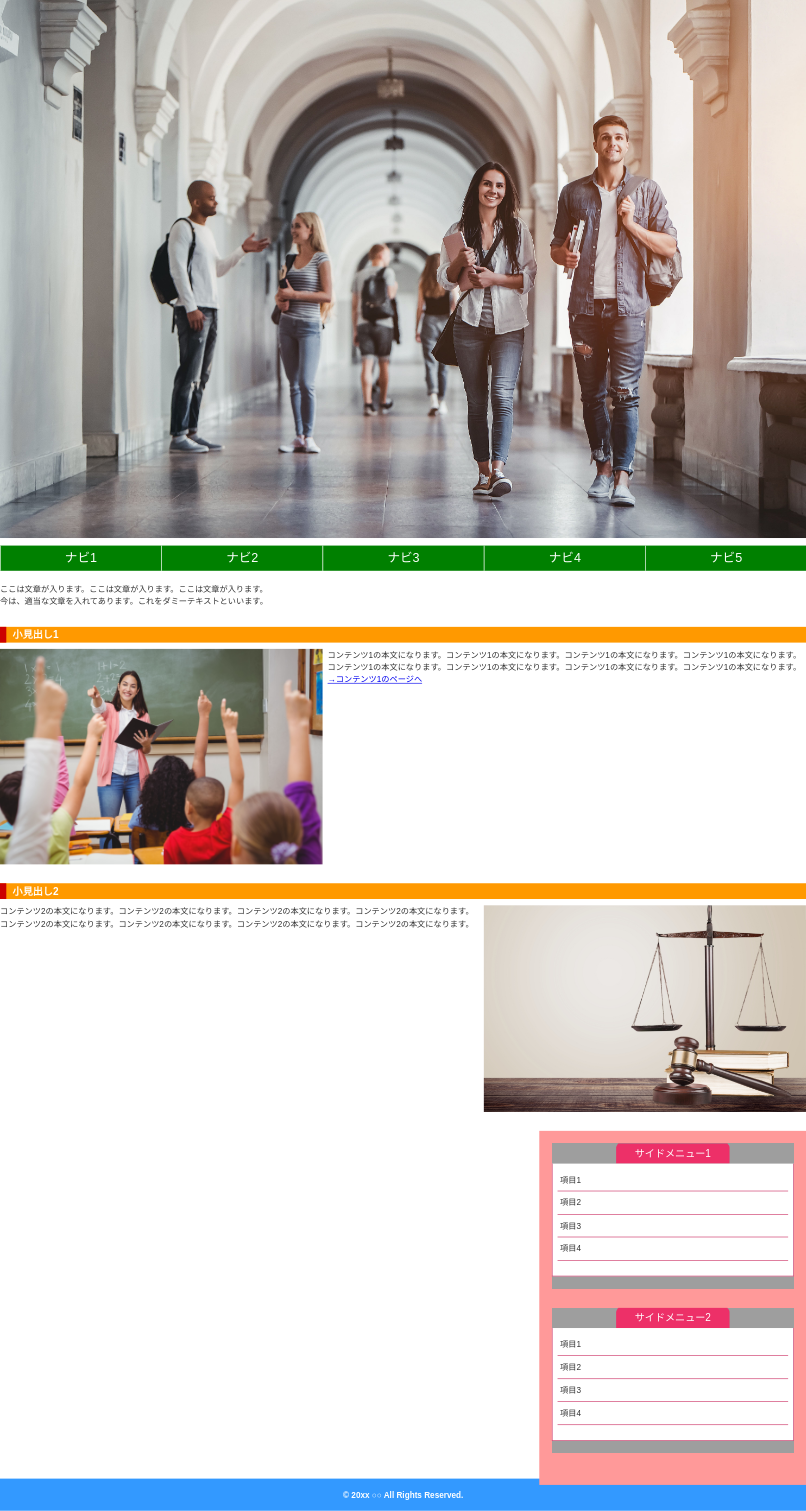
Repository: mememein/samurai_HTML-CSS
Page: index.html
The author's editor kept a record of every edit. The page is drawn from the files as they stood at one moment, then again after the next edit.
The browser window is 1280 px wide. The pictures show the whole page, at 63% of full size.
Pictures or frames that could not be fetched are drawn as grey boxes.

Above is the page before.

### index.html
<!DOCTYPE html>
<html lang="ja">
    <head>
        <meta charset="UTF-8">
        <title>HTML/CSSの学習</title>
        <link rel="stylesheet" href="stylesheet.css">
    </head>
    <body>
        <div id="header">
            <h1><a href="index.html"><img id="corridor" src="images/corridor.jpg" alt="大学の廊下" /></a></h1>
        </div>
        <div id="wrapper">
            <div id="nav">
                <ul>
                    <li><a href="home.html">ナビ1</a></li>
                    <li><a href="#">ナビ2</a></li>
                    <li><a href="#">ナビ3</a></li>
                    <li><a href="#">ナビ4</a></li>
                    <li><a href="#">ナビ5</a></li>
                </ul>
            </div>
            <div id="container">
                <div id="main">
                    <div class="post">
                        <p>ここは文章が入ります。ここは文章が入ります。ここは文章が入ります。<br />今は、適当な文章を入れてあります。これをダミーテキストといいます。</p>
                    </div>
                    <div class="post clearfix">
                        <h2>小見出し1</h2>
                        <img class="left" src="images/classroom.jpg" alt="授業風景" />
                        <p>
                            コンテンツ1の本文になります。コンテンツ1の本文になります。コンテンツ1の本文になります。コンテンツ1の本文になります。
                            コンテンツ1の本文になります。コンテンツ1の本文になります。コンテンツ1の本文になります。コンテンツ1の本文になります。
                        </p>
                        <p><a href="#">→コンテンツ1のページへ</a></p>
                    </div>
                    <div class="post clearfix">
                        <h2>小見出し2</h2>
                        <img class="right" src="images/scale.jpg" alt="天秤" />
                        <p>
                            コンテンツ2の本文になります。コンテンツ2の本文になります。コンテンツ2の本文になります。コンテンツ2の本文になります。
                            コンテンツ2の本文になります。コンテンツ2の本文になります。コンテンツ2の本文になります。コンテンツ2の本文になります。
                        </p>
                    </div>
                </div>
                <div id="side">
                    <div class="box">
                        <h2>サイドメニュー1</h2>
                        <div class="boxBody">
                            <ul>
                                <li>項目1</li>
                                <li>項目2</li>
                                <li>項目3</li>
                                <li>項目4</li>
                            </ul>
                        </div>
                    </div>
                    <div class="box">
                        <h2>サイドメニュー2</h2>
                        <div class="boxBody">
                            <ul>
                                <li>項目1</li>
                                <li>項目2</li>
                                <li>項目3</li>
                                <li>項目4</li>
                            </ul>
                        </div>
                    </div>
                </div>
            </div>
        </div>
        <div id="footer">
            <p>&copy; 20xx ○○ All Rights Reserved.</p>
        </div>
    </body>
</html>

### stylesheet.css
@charset "utf-8";

body {
	margin: 0;
	padding: 0;
	font-family: "ヒラギノ角ゴ Pro W3", "Hiragino Kaku Gothic Pro", "メイリオ", Meiryo, Osaka, "ＭＳ Ｐゴシック", "MS PGothic", sans-serif;
	color: #333;
	font-size: 13px;
	line-height: 150%;
}

/* -------------------- wrapper -------------------- */
#wrapper {
    width: 100%;
    margin: auto;
    padding: 0px;
    border: 0px;
    background-color: #FFF;
    top: 10px;
    position: relative;
}

/* -------------------- header -------------------- */
#header {
	width: 100%;
}
#header h1 {
	margin: 0;
	padding: 0;
}

#corridor {
	width: 100%;
	height: auto;
}

/* -------------------- footer -------------------- */
#footer {
	clear: both;
	width: 100%;
	padding: 3px 0 3px 0;
	background: #39F;
	color: #FFF;
	font-weight: bold;
	text-align: center;
}

/* -------------------- nav -------------------- */
#nav {
	width: 100%;
}
#nav ul {
	display: flex;
	margin: 0;
	padding: 0;
	list-style-type: none;
}
#nav ul li {
	width: 20%;
	text-align: center;
}
#nav ul li a {
	display: block;
	height: 20px;
	margin: 0;
	padding: 10px;
	color: #FFF;
	font-size: 20px;
	text-decoration: none;
	background-color: green;
    border-left: 1px solid white;
}

#nav ul li a:hover {
	filter: drop-shadow(10px 10px 10px black);
}

/* -------------------- container -------------------- */
#container {
	width: 100%;
	margin: auto ;
	padding-top: 20px;
	clear: both;
}
     display: grid;
     grid-template-columns: 70vw 30vw;

/* -------------------- main -------------------- */
#main {
	width: 95%;
	padding: 10px 30px 10px 10px;
}
#main h2 {
	margin: 0 0 10px 0;
	padding: 3px 10px 3px 10px;
	color: #FFF;
	font-size: 16px;
	border-left: solid 10px #C00;
	background-color: #F90;
}
#main p {
	margin: 0;
	padding: 0;
}
#main .post {
	margin: 0 0 30px 0;
}

#main .post img.right {
	margin: 0 0 0 8px;
}
#main .post img.left {
	margin: 0 8px 0 0;
}

.right {
	float: right;
	width: 40%;
	height: auto;
}
.left {
	float: left;
	width: 40%;
	height: auto;
}

/* -------------------- clearfix -------------------- */
.clearfix {
    zoom: 1;
}
.clearfix:after{
	content: "";
	display: block;
	clear: both;
}

/* -------------------- side -------------------- */
#side {
	float: right;
	width: 30%;
	padding: 20px;
	background-color: #F99;
}
#side .box {
	margin: 0 auto 30px auto;
	padding: 0 0 20px 0;
	background: url(images/side_box.png) bottom no-repeat;
}
#side .box h2 {
	margin: 0;
	padding: 8px;
	text-align: center;
	color: #fff;
	font-size: 16px;
	line-height: 16px;
	font-weight: normal;
	background: url(images/side_box_h2.png) center no-repeat;
}
#side .box .boxBody {
	padding: 8px;
	border-right: solid 1px #C36;
	border-bottom: solid 1px #C36;
	border-left: solid 1px #C36;
	background: #fff;
}
#side .box .boxBody ul {
	margin: 0 0 16px 0;
	padding: 0;
}
#side .box .boxBody ul li {
	padding: 8px 0 8px 4px;
	list-style: none;
	border-bottom: solid 1px #C36;
}

#side .box .boxBody ul li:hover {
	padding: 8px 0 8px 4px;
	list-style: none;
	border-bottom: solid 1px #C36;
	box-shadow: 0px 4px 4px rgba(0, 0, 0, 0.3);
}

After the next edit:
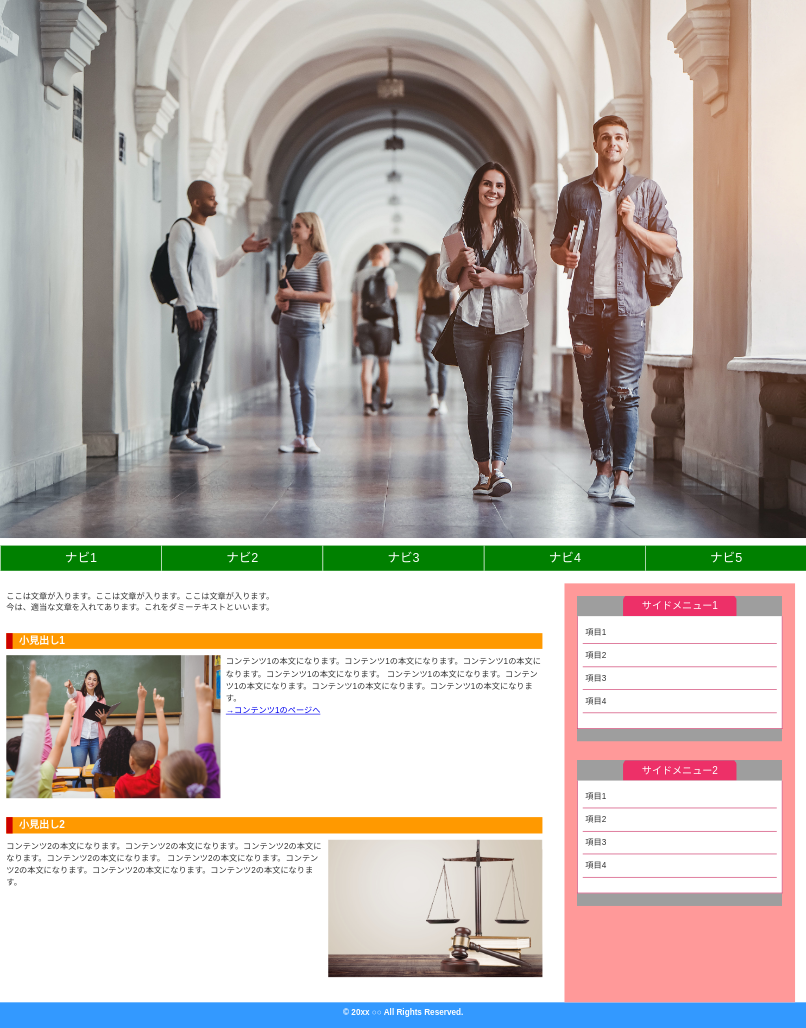
The edit:
--- a/stylesheet.css
+++ b/stylesheet.css
@@ -11,13 +11,13 @@
 
 /* -------------------- wrapper -------------------- */
 #wrapper {
-    width: 100%;
-    margin: auto;
-    padding: 0px;
-    border: 0px;
-    background-color: #FFF;
-    top: 10px;
-    position: relative;
+	width: 100%;
+	margin: auto;
+	padding: 0px;
+	border: 0px;
+	background-color: #FFF;
+	top: 10px;
+	position: relative;
 }
 
 /* -------------------- header -------------------- */
@@ -81,10 +81,9 @@
 	margin: auto ;
 	padding-top: 20px;
 	clear: both;
+	display: grid;
+	grid-template-columns: 70vw 30vw;
 }
-     display: grid;
-     grid-template-columns: 70vw 30vw;
-
 /* -------------------- main -------------------- */
 #main {
 	width: 95%;
@@ -126,7 +125,7 @@
 
 /* -------------------- clearfix -------------------- */
 .clearfix {
-    zoom: 1;
+	zoom: 1;
 }
 .clearfix:after{
 	content: "";
@@ -136,8 +135,7 @@
 
 /* -------------------- side -------------------- */
 #side {
-	float: right;
-	width: 30%;
+	width: 85%;
 	padding: 20px;
 	background-color: #F99;
 }
